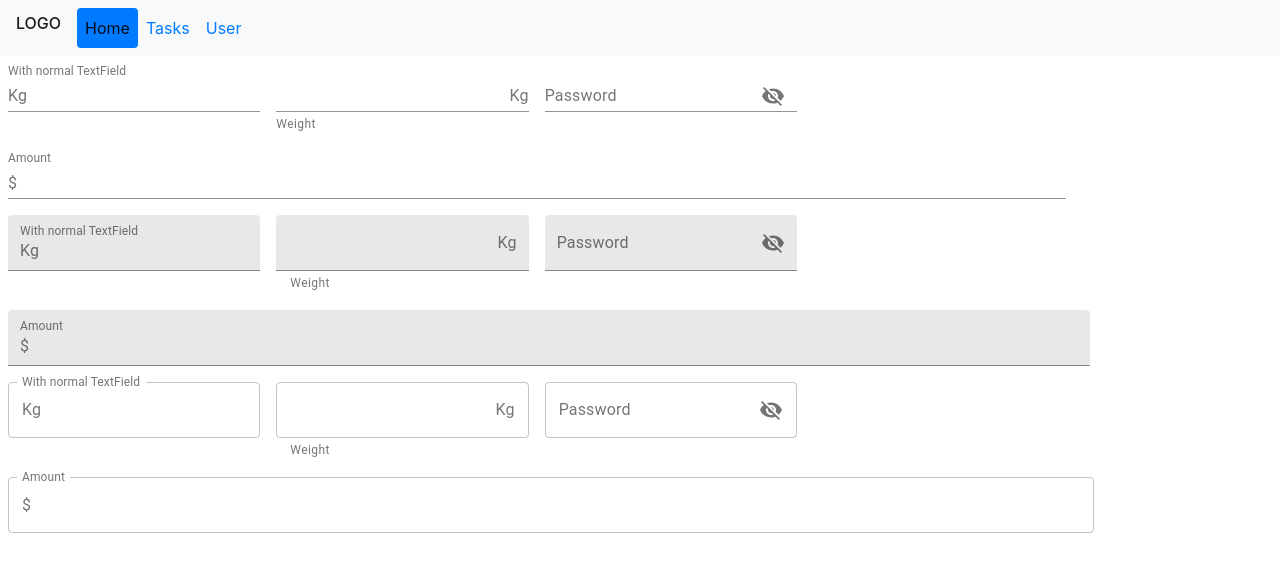
Repository: lalji-yadav/Nimapinfotech-demo-project
Page: /login
An editor plug-in stored every save of this project. The page is shown before and after the next save, followed by the edit.
The browser window is 1280 px wide. The pictures show the whole page.
The project was rebuilt for these pictures with package versions that can differ from the ones it lists, and the page was loaded fresh each time. Also part of the build but not shown: src/App.css, src/components/Home.js, src/components/Tasks.js, src/components/Users.js.

Above is the page before, as saved 2021-01-16 20:26:15.

After the next save:
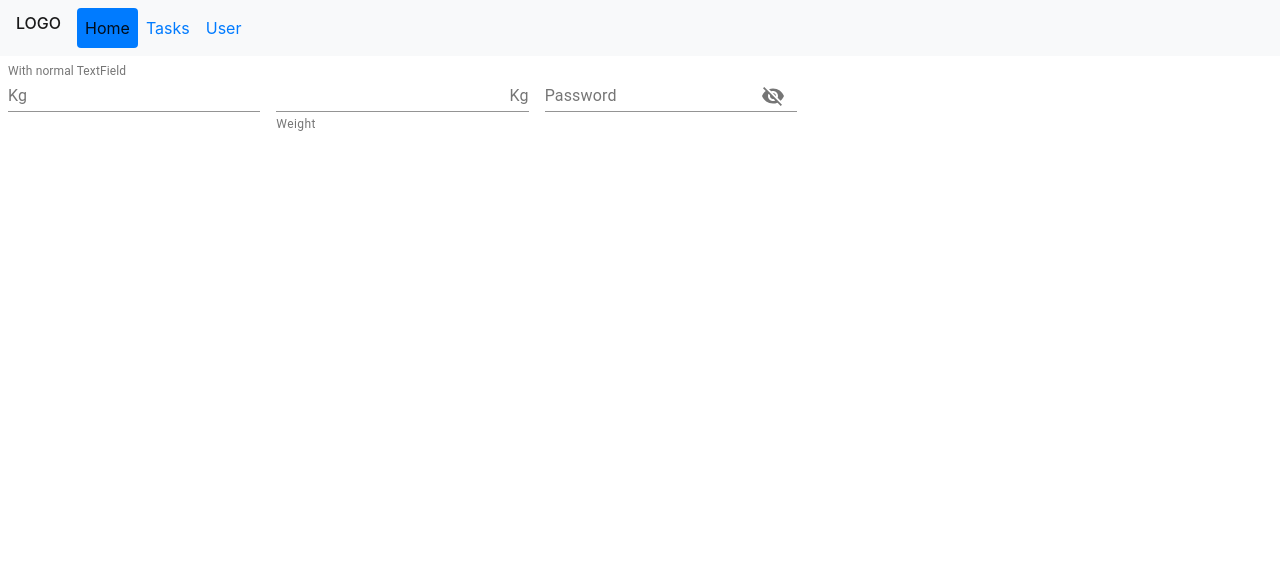
Saved 10 min 14 s later.
--- a/src/components/Login.js
+++ b/src/components/Login.js
@@ -143,7 +143,7 @@ export default function Login() {
             }
           />
         </FormControl>
-        <FormControl fullWidth className={classes.margin}>
+        {/* <FormControl fullWidth className={classes.margin}>
           <InputLabel htmlFor="standard-adornment-amount">Amount</InputLabel>
           <Input
             id="standard-adornment-amount"
@@ -262,7 +262,7 @@ export default function Login() {
             startAdornment={<InputAdornment position="start">$</InputAdornment>}
             labelWidth={60}
           />
-        </FormControl>
+        </FormControl> */}
       </div>
     </div>
   );
